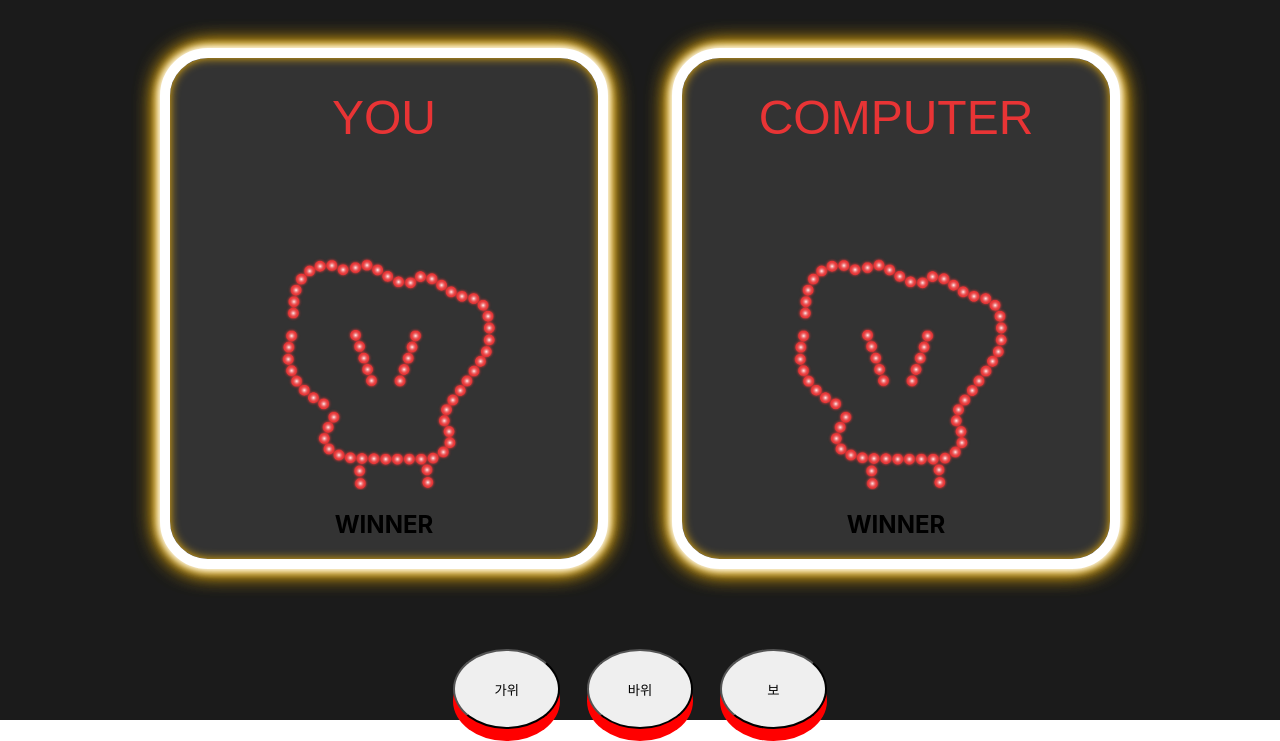
Repository: KIMMIHYE12/classComponent
Page: /
These files come from the project's save history. The page is drawn as it stood at one moment and after the next save; the edit follows.
The browser window is 1280 px wide. The pictures show the whole page.
Some web fonts or font styles are not loaded; a fallback is used. The project was rebuilt for these pictures with package versions that can differ from the ones it lists, and the page was loaded fresh each time.

Above is the page before, as saved 2024-03-18 23:01:39.

After the next save:
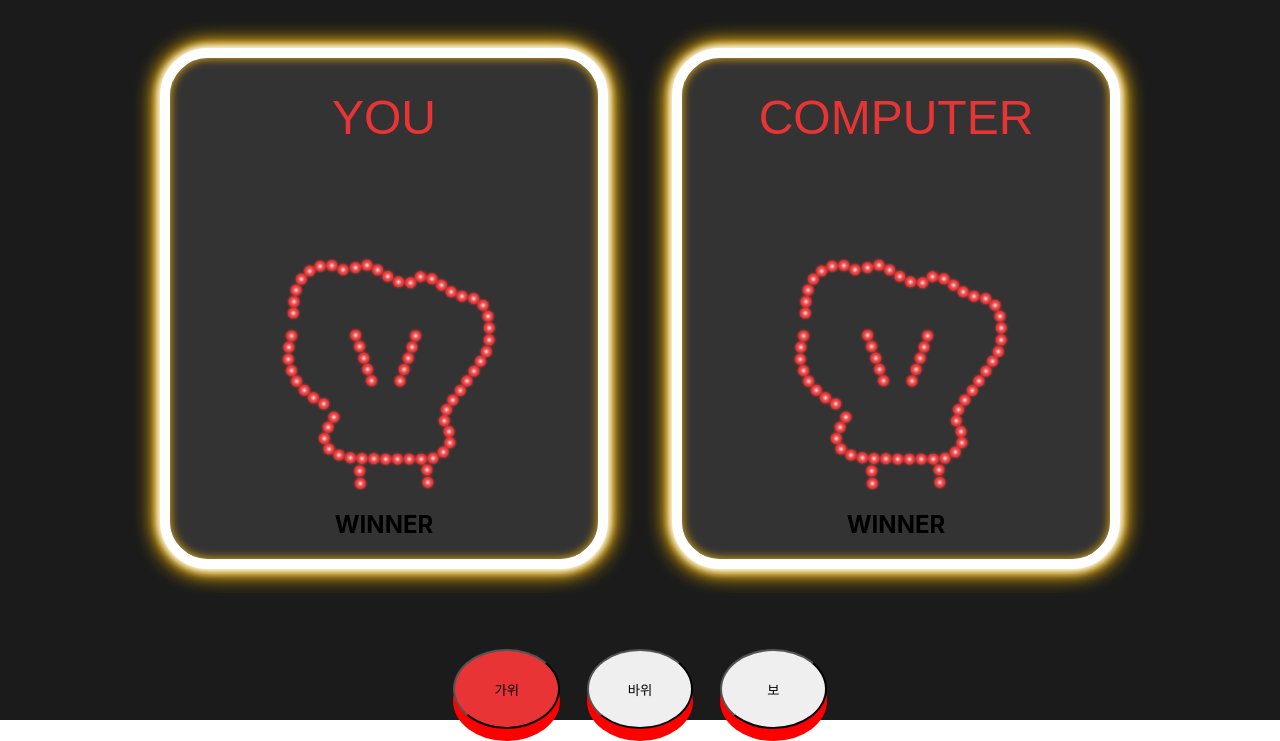
Saved 53 s later.
--- a/src/App.css
+++ b/src/App.css
@@ -58,6 +58,10 @@ img {
   top: 0;
 }
 
+.btn_wrap button.scissor {
+  background-color: #e83435;
+}
+
 .btn_wrap button:active:before {
   top: 6px;
   box-shadow: 0 3px 3px rgba(0, 0, 0, 0.7), 0 3px 9px rgba(0, 0, 0, 0.2);
